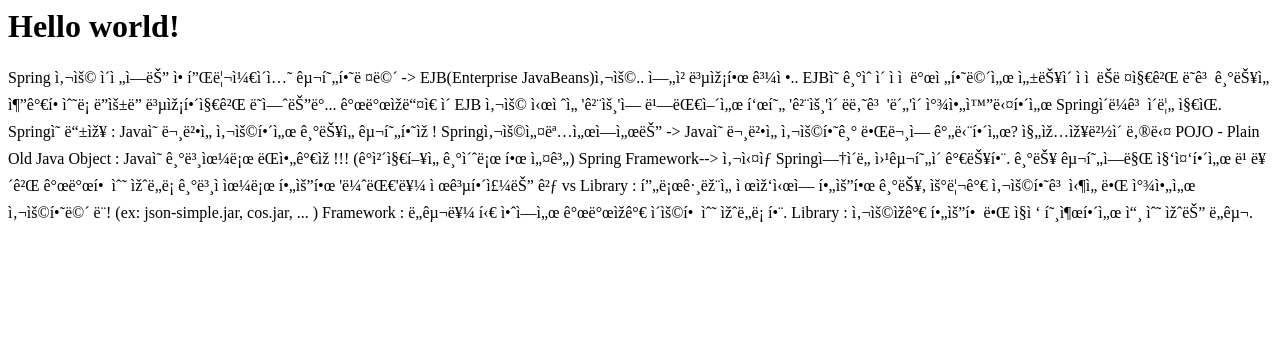
Repository: moondolph/SKKU_IT_Education
Page: http://localhost/Sep29_1_SpringMVC/
The author's editor kept a copy of each file at every save. The page is drawn from the files as they stood at one save, then again after the next save.
The browser window is 1280 px wide. The pictures show the whole page.
The page is served by Tomcat 9. Other server files are loaded and not shown.

Above is the page before, as saved 2022-09-29 02:36:46.

### Sep29_1_SpringMVC/src/main/webapp/WEB-INF/views/home.jsp
<%@ taglib uri="http://java.sun.com/jsp/jstl/core" prefix="c" %>
<%@ page session="false" %>
<html>
<head>
	<title>Home</title>
</head>
<body>
<h1>
	Hello world!
</h1>

	Spring 사용 이전에는
	애플리케이션 구현하려면 -> EJB(Enterprise JavaBeans)사용.. 엄청 복잡한 과정..
	EJB의 기술이 점점 발전하면서 성능이 점점 느려지게 되고 기능을 추가할수록 더욱더 복잡해지게 되었는데...
	개발자들은 이 EJB 사용 시절을 '겨울'에 빗대어서 표현
	'겨울'이 끝나고 '봄'이 찾아왔다해서 Spring이라고 이름 지음.

	Spring의 등장 : Java의 문법을 사용해서 기능을 구현하자 !
	Spring사용설명서에서는 -> Java의 문법을 사용하기 때문에 간단해서? 진입장벽이 낮다
	POJO - Plain Old Java Object : Java의 기본으로 돌아가자 !!!
	(객체지향을 기초로 한 설계)

	Spring Framework-->
	사실상 Spring없이도 웹구현이 가능함.
	기능 구현에만 집중해서 빠르게 개발할 수 있도록
	기본적으로 필요한 '뼈대'를 제공해주는 것

	vs Library : 프로그램을 제작시에 필요한 기능,
		우리가 사용하고 싶을 때 찾아서 사용하면 됨!
		(ex: json-simple.jar, cos.jar, ... )
	Framework : 도구를 틀 안에서 개발자가 이용할 수 있도록 함.
	Library : 사용자가 필요할 때 직접 호출해서 쓸 수 있는 도구.




</body>
</html>

After the next save:
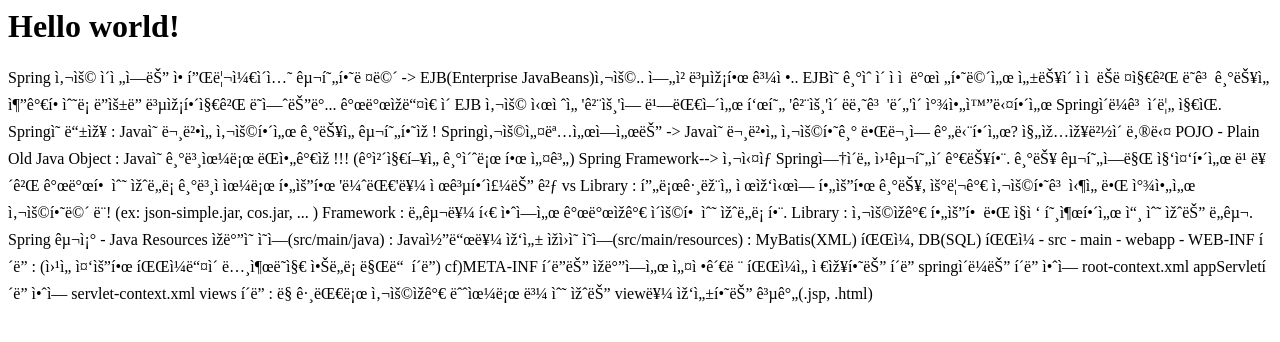
Saved 10 min 23 s later.
--- a/Sep29_1_SpringMVC/src/main/webapp/WEB-INF/views/home.jsp
+++ b/Sep29_1_SpringMVC/src/main/webapp/WEB-INF/views/home.jsp
@@ -31,6 +31,20 @@
 	Framework : 도구를 틀 안에서 개발자가 이용할 수 있도록 함.
 	Library : 사용자가 필요할 때 직접 호출해서 쓸 수 있는 도구.
 
+	Spring 구조
+
+	- Java Resources
+		자바의 영역(src/main/java)		 	: Java코드를 작성
+		자원의 영역(src/main/resources)    : MyBatis(XML) 파일, DB(SQL) 파일
+	- src - main - webapp - WEB-INF 폴더 :
+		(웹을 중요한 파일들이 노출되지 않도록 만든 폴더)
+		cf)META-INF 폴더는 자바에서 설정관련 파일을 저장하는 폴더
+
+		spring이라는 폴더 안에 root-context.xml
+			appServlet폴더 안에 servlet-context.xml
+
+
+			views 폴더 : 말 그대로 사용자가 눈으로 볼 수 있는 view를 작성하는 공간(.jsp, .html)
 
 
 
